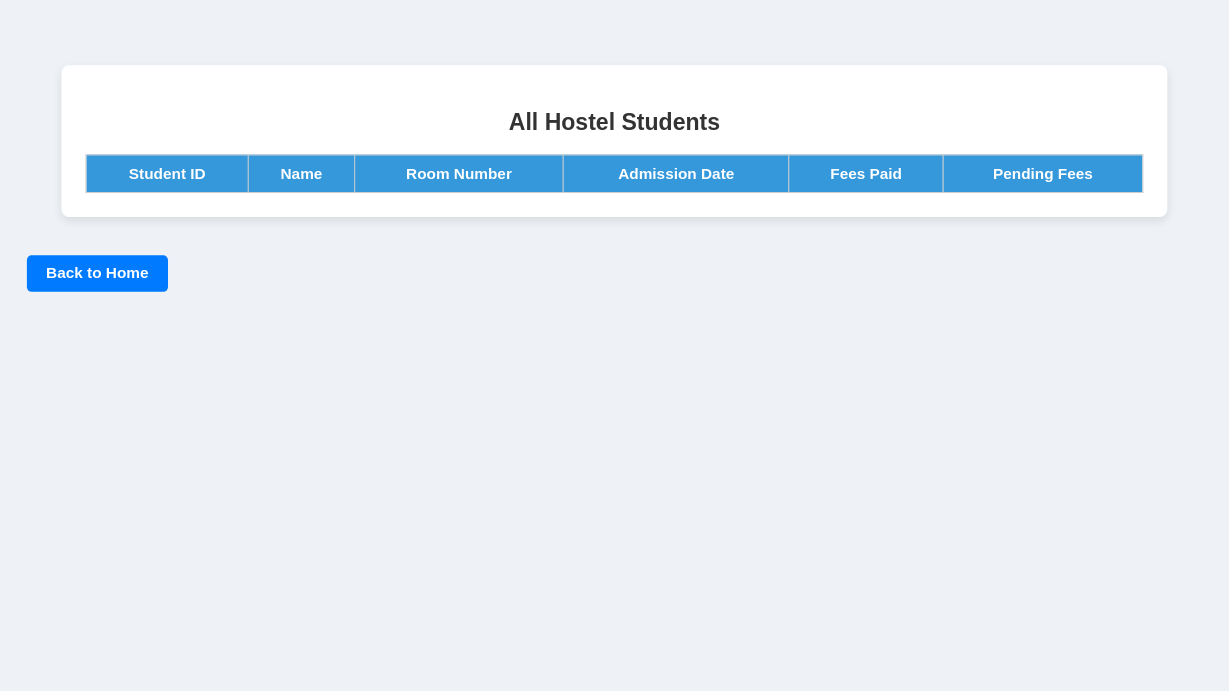
Repository: Adhyashetty-bit/Hostel-Management-System
Page: http://localhost/HostelWebApp/studentdisplay.jsp
An editor plug-in stored every save of this project. The page is shown before and after the next save, followed by the edit.
The browser window is 1280 px wide. The pictures show the whole page, at 96% of full size.
The page is served by Tomcat 9. Other server files are loaded and not shown. Queries for data that is not in the repository find no rows.

Above is the page before, as saved 2025-05-28 06:17:14.

### HostelWebApp/src/main/webapp/studentdisplay.jsp
<%@ page import="java.util.*, com.model.Student, com.dao.HostelDAO" %>
<%@ page contentType="text/html;charset=UTF-8" language="java" %>
<!DOCTYPE html>
<html>
<head>
    <title>Student Records</title>
    <style>
        body {
            font-family: Arial, sans-serif;
            background-color: #eef2f7;
            padding: 20px;
        }

        .container {
            width: 90%;
            margin: 40px auto;
            background-color: #fff;
            padding: 25px;
            border-radius: 8px;
            box-shadow: 0 4px 10px rgba(0,0,0,0.1);
        }

        h2 {
            text-align: center;
            margin-bottom: 20px;
            color: #333;
        }

        table {
            width: 100%;
            border-collapse: collapse;
        }

        th, td {
            padding: 10px 12px;
            border: 1px solid #ccc;
            text-align: center;
        }

        th {
            background-color: #3498db;
            color: white;
        }

        tr:nth-child(even) {
            background-color: #f8f9fa;
        }

        tr:hover {
            background-color: #e2f0fb;
        }
    </style>
</head>
<body>
<div class="container">
    <h2>All Hostel Students</h2>
    <table>
        <tr>
            <th>Student ID</th>
            <th>Name</th>
            <th>Room Number</th>
            <th>Admission Date</th>
            <th>Fees Paid</th>
            <th>Pending Fees</th>
        </tr>
        <%
            HostelDAO dao = new HostelDAO();
            List<Student> students = dao.getAllStudents();
            for (Student student : students) {
        %>
        <tr>
            <td><%= student.getStudentID() %></td>
            <td><%= student.getStudentName() %></td>
            <td><%= student.getRoomNumber() %></td>
            <td><%= student.getAdmissionDate() %></td>
            <td><%= student.getFeesPaid() %></td>
            <td><%= student.getPendingFees() %></td>
        </tr>
        <%
            }
        %>
    </table>
</div>
<a href="index.jsp" style="display:inline-block; padding:10px 20px; background-color:#007bff; color:white; text-decoration:none; border-radius:5px; font-size:16px; font-weight:bold;">Back to Home</a>

</body>
</html>

After the next save:
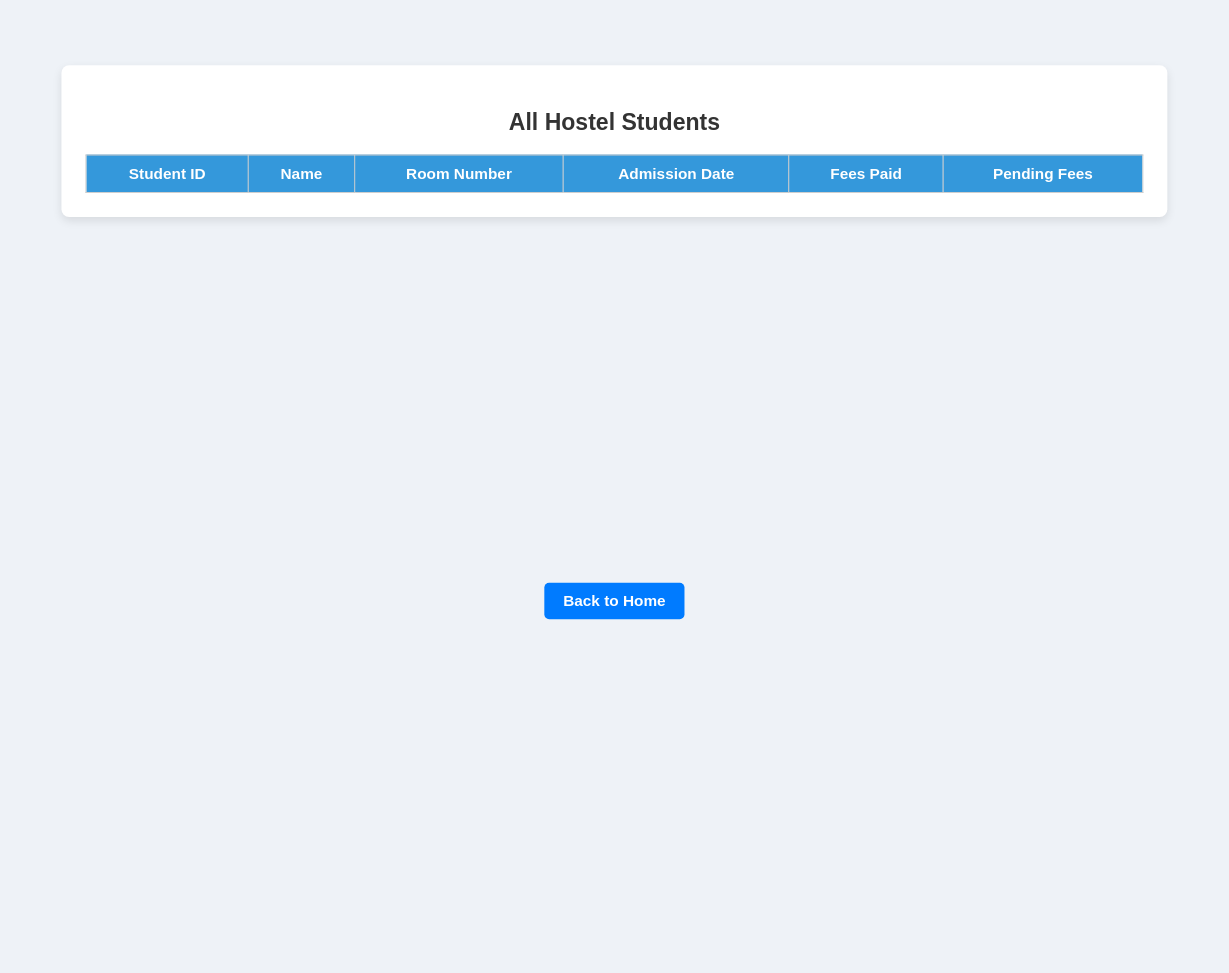
Saved 35 s later.
--- a/HostelWebApp/src/main/webapp/studentdisplay.jsp
+++ b/HostelWebApp/src/main/webapp/studentdisplay.jsp
@@ -81,7 +81,9 @@
         %>
     </table>
 </div>
-<a href="index.jsp" style="display:inline-block; padding:10px 20px; background-color:#007bff; color:white; text-decoration:none; border-radius:5px; font-size:16px; font-weight:bold;">Back to Home</a>
+<div style="display: flex; justify-content: center; align-items: center; height: 100vh;">
+  <a href="index.jsp" style="display:inline-block; padding:10px 20px; background-color:#007bff; color:white; text-decoration:none; border-radius:5px; font-size:16px; font-weight:bold;">Back to Home</a>
+</div>
 
 </body>
 </html>
